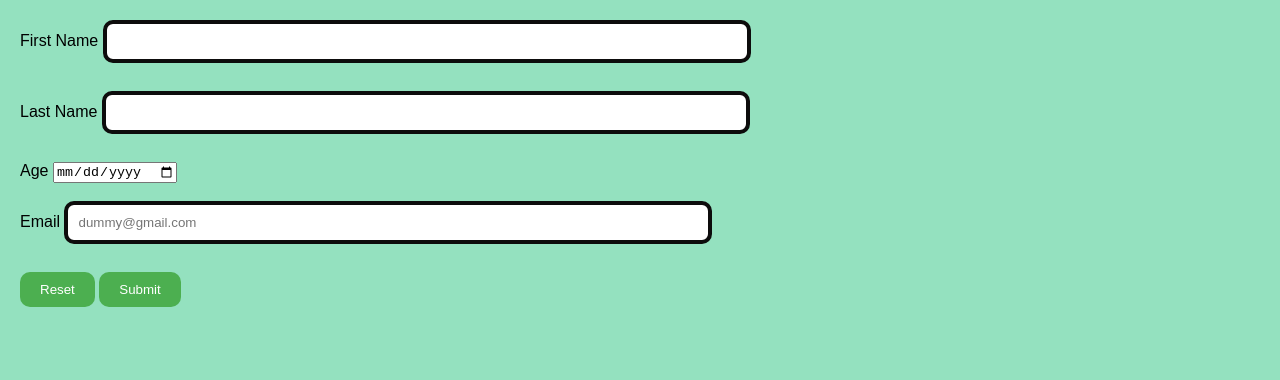
Repository: Haakim19/web-dev
Page: form.html
These files come from the project's save history. The page is drawn as it stood at one moment and after the next save; the edit follows.
The browser window is 1280 px wide. The pictures show the whole page.

Above is the page before, as saved 2024-06-02 16:53:21.

### form.html
<!DOCTYPE html>
<html lang="en">
<head>
    <meta charset="UTF-8">
    <meta name="viewport" content="width=device-width, initial-scale=1.0">
    <link rel="stylesheet" type = "text/css" href = "form.css">
    <title>Form</title>
</head>
<body>
    <form action="form.php" method = "POST">
       <div>
            <label for="fname">First Name</label>
            <input type="fname" name = "fname" id = "fname" required>
       </div>

       <br>

        <div>
            <label for="lname">Last Name</label>
            <input type="lname" name = "lname" id = "lname" required>

        </div>

        <br>

        <div>
            <label for="bday">Age</label>
            <input type="date" name = "bday" id = "day" placeholder="dd-mm-yyyy">

        </div>

        <br>

        <div>
            <label for="email">Email</label>
            <input type="email" name = "email" id = "email" required placeholder="dummy@gmail.com">

        </div>


        <br>

        <input type="reset" value = "Reset">
        <input type="submit" value = "Submit">

    </form>
</body>
</html>

### form.css
body {
    font-family: Arial, Helvetica, sans-serif, sans-serif;
    background-color: #94e1bf;
    margin: 10px;
    padding: 10px;
    justify-content: center;
    align-items: center;
}
/* Reset default form styles */
form {
    margin: 0;
    padding: 0;

}

/* Style form elements */
input[type="fname"]{
    width: 50%;
    padding: 10px;
    margin-bottom: 10px;
    border: 4px solid #0d0c0c;
    border-radius: 10px;
    justify-content: center;
    align-items: center;
}
input[type="lname"]{
    width: 50%;
    padding: 10px;
    margin-bottom: 10px;
    border: 4px solid #0d0c0c;
    border-radius: 10px;
    justify-content: center;
    align-items: center;
}
input[type="email"]{
    width: 50%;
    padding: 10px;
    margin-bottom: 10px;
    border: 4px solid #0d0c0c;
    border-radius: 10px;
    justify-content: center;
    align-items: center;
}
input[type="number"]{
    width: 50%;
    padding: 10px;
    margin-bottom: 10px;
    border: 4px solid #0d0c0c;
    border-radius: 10px;
    justify-content: center;
    align-items: center;
}

input[type="submit"] {
    background-color: #4CAF50;
    color: white;
    padding: 10px 20px;
    border: none;
    border-radius: 10px;
    cursor: pointer;
    justify-content: center;
    align-items: center;

}

input[type="submit"]:hover {
    background-color: #f7f7f7;
}
input[type = "reset"] {
    background-color: #4CAF50;
    color: white;
    padding: 10px 20px;
    border: none;
    border-radius: 10px;
    cursor: pointer;
    justify-content: center;
    align-items: center;
}

input [type = "reset"]:hover {
    background-color: #f9f9f9;
}

After the next save:
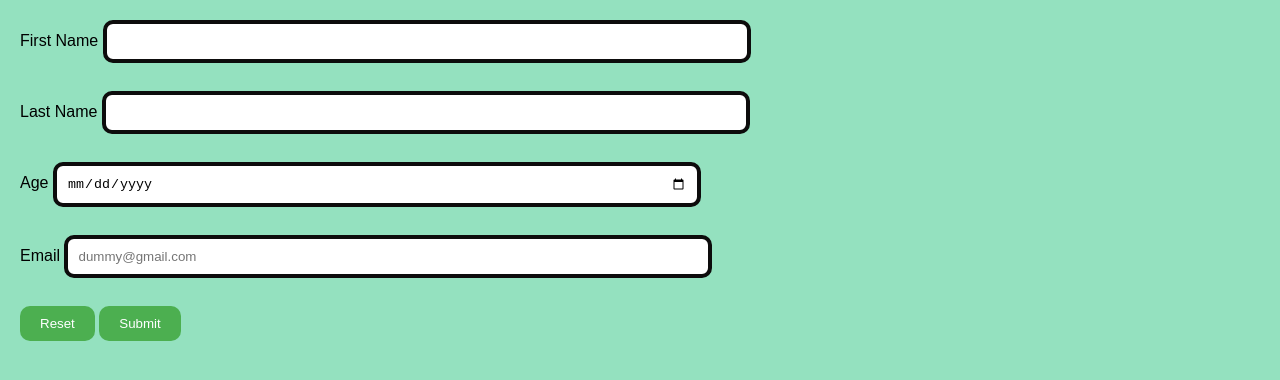
Saved 32 s later.
--- a/form.css
+++ b/form.css
@@ -41,7 +41,7 @@
     justify-content: center;
     align-items: center;
 }
-input[type="number"]{
+input[type="date"]{
     width: 50%;
     padding: 10px;
     margin-bottom: 10px;
